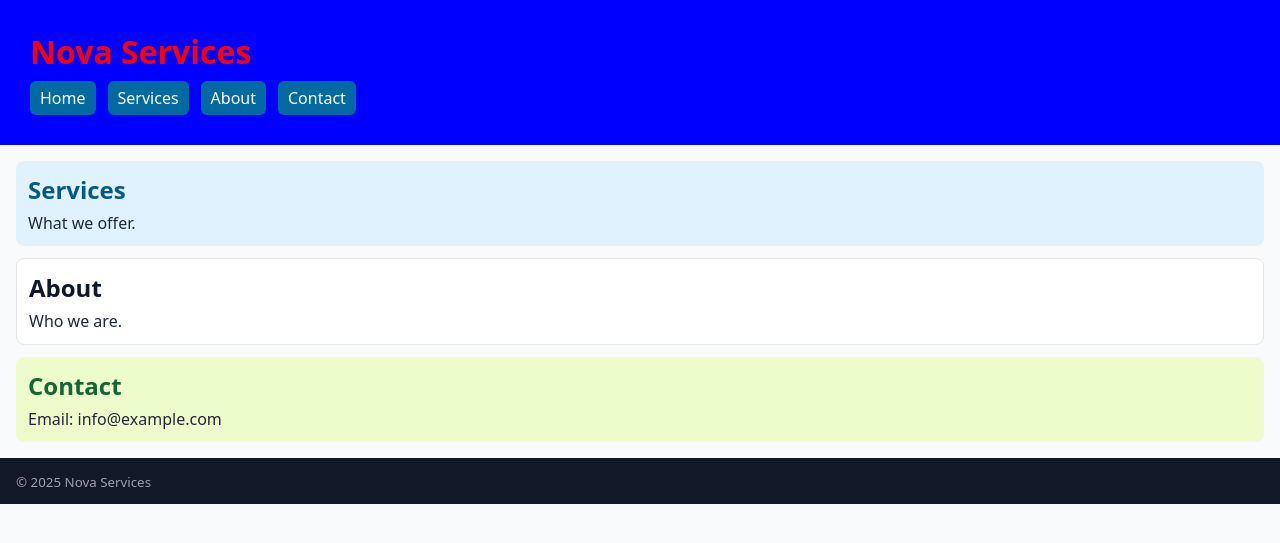
Repository: bbazimya/Nova-services
Page: index.html
These files come from the project's save history. The page is drawn as it stood at one moment and after a run of saves; the edit follows.
The browser window is 1280 px wide. The pictures show the whole page.

Above is the page before, as saved 2025-09-10 13:03:53.

### index.html
<!doctype html>
<html lang="en">
<head>
  <meta charset="utf-8">
  <meta name="viewport" content="width=device-width, initial-scale=1">
  <title>Nova Services</title>
  <link rel="stylesheet" href="styles.css">
</head>
<body>
  <header>
    <h1>Nova Services</h1>
    <nav>
      <a href="#home">Home</a>
      <a href="#services">Services</a>
      <a href="#about">About</a>
      <a href="#contact">Contact</a>
    </nav>
  </header>
  <main id="home">
    <section id="services"><h2>Services</h2><p>What we offer.</p></section>
    <section id="about"><h2>About</h2><p>Who we are.</p></section>
    <section id="contact"><h2>Contact</h2><p>Email: info@example.com</p></section>
  </main>
  <footer>
    <small>&copy; <time>2025</time> Nova Services</small>
  </footer>
</body>
</html>

### styles.css
body{margin:0;font-family:system-ui,Arial,sans-serif;color:#1f2937;background:#f8fafc;}
header{background:blue;color:red;padding:30px;}
header h1{margin:0;}
nav{margin-top:8px;display:flex;gap:12px;flex-wrap:wrap;}
nav a{color:#fff;background:#0369a1;padding:6px 10px;border-radius:6px;text-decoration:none;}
main{padding:16px;}
#services{background:#e0f2fe;border-radius:8px;padding:12px;margin-bottom:12px;}
#services h2{margin:0 0 6px 0;color:#075985;}
#services p{margin:0;}
#about{background:#fff;border:1px solid #e5e7eb;border-radius:8px;padding:12px;margin-bottom:12px;}
#about h2{margin:0 0 6px 0;color:#0f172a;}
#about p{margin:0;}
#contact{background:#ecfccb;border-radius:8px;padding:12px;}
#contact h2{margin:0 0 6px 0;color:#166534;}
#contact p{margin:0;}
footer{background:#111827;color:#9ca3af;padding:12px 16px;}

After the next 3 saves:
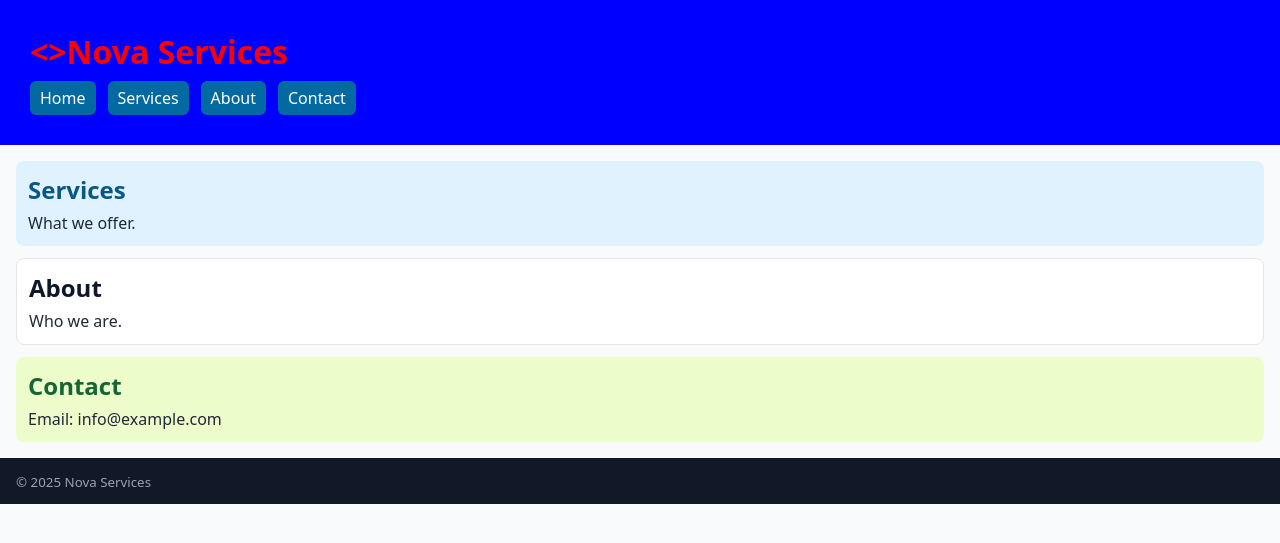
The 3 saves are shown as one change because they came seconds apart.
The last was saved 92 s later.
--- a/index.html
+++ b/index.html
@@ -8,7 +8,7 @@
 </head>
 <body>
   <header>
-    <h1>Nova Services</h1>
+    <h1><>Nova Services</h1>
     <nav>
       <a href="#home">Home</a>
       <a href="#services">Services</a>

After the 3 saves that followed:
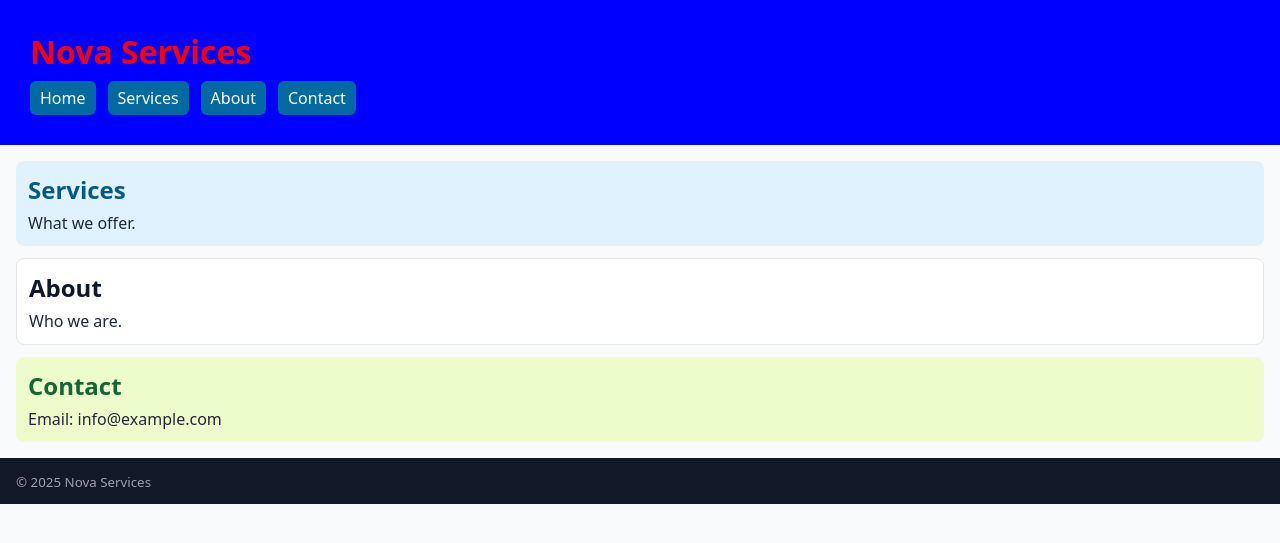
The 3 saves are shown as one change because they came seconds apart.
The last was saved 7 s later.
--- a/index.html
+++ b/index.html
@@ -8,7 +8,7 @@
 </head>
 <body>
   <header>
-    <h1><>Nova Services</h1>
+    <h1><centre>Nova Services</h1>
     <nav>
       <a href="#home">Home</a>
       <a href="#services">Services</a>
